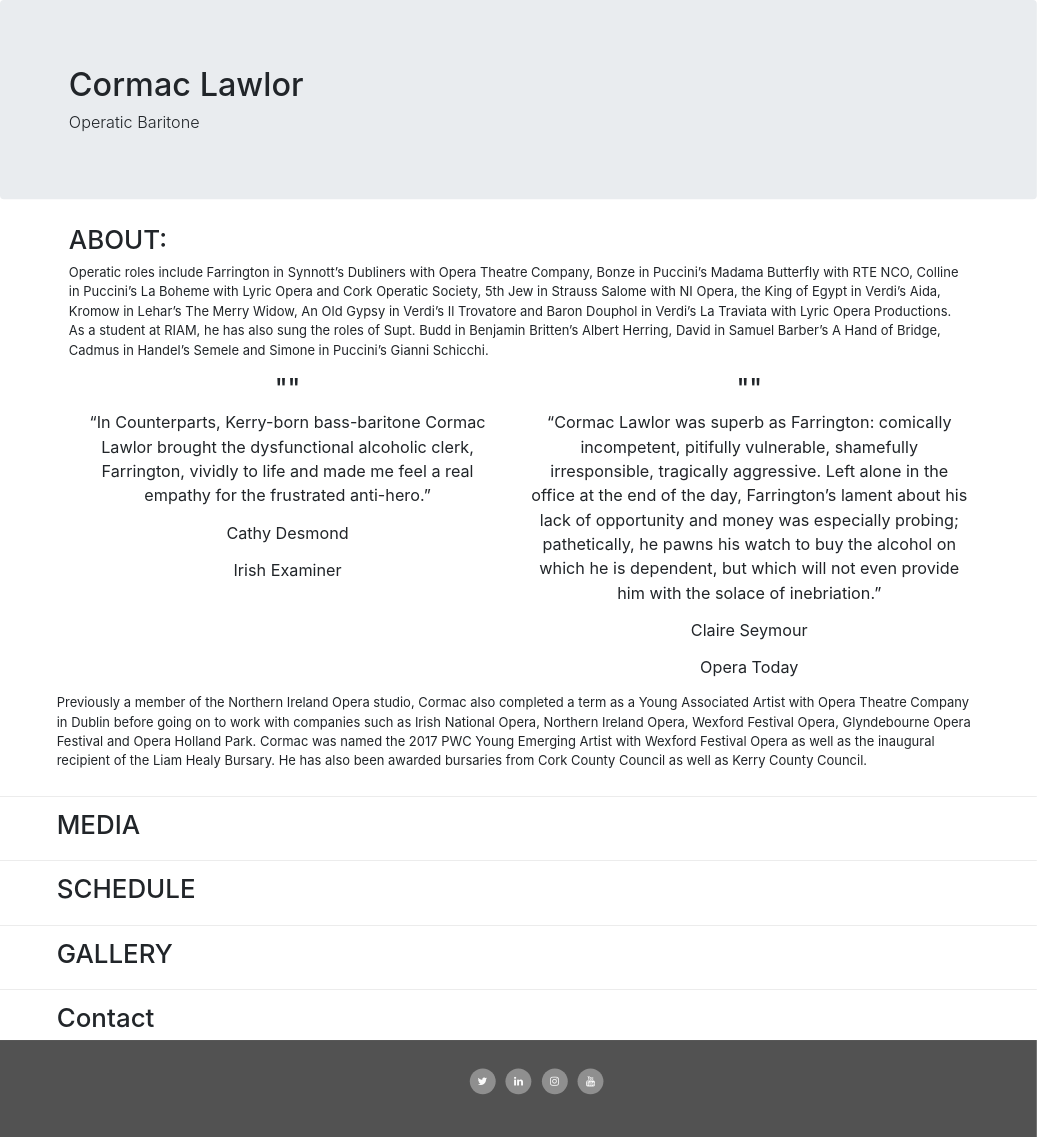
Repository: armedcor/frontend-project
Page: index.html
The author's editor kept a record of every edit. The page is drawn from the files as they stood at one moment, then again after the next edit.
The browser window is 1280 px wide. The page is 1295 px wide, so the pictures cover 1295 px, including what lies to the right of the window. The pictures show the whole page, at 81% of full size.

Above is the page before.

### index.html
<!doctype html>
<html lang="en">

<head>
    <!-- Required meta tags -->
    <meta charset="utf-8">
    <meta name="viewport" content="width=device-width, initial-scale=1.0">

    <!-- Bootstrap CSS -->
    <link rel="stylesheet" href="https://stackpath.bootstrapcdn.com/bootstrap/4.3.1/css/bootstrap.min.css" integrity="sha384-ggOyR0iXCbMQv3Xipma34MD+dH/1fQ784/j6cY/iJTQUOhcWr7x9JvoRxT2MZw1T" crossorigin="anonymous">
    <!-- FontAwesome Link -->
    <link rel="stylesheet" href="https://stackpath.bootstrapcdn.com/font-awesome/4.7.0/css/font-awesome.min.css" type="text/css" />
    <!-- Local Style Sheet -->
    <link rel="stylesheet" href="assets/css/style.css" type="text/css" />
    <title>Cormac Lawlor | Baritone</title>
</head>

<body>
    <!-- Main landing image -->


    <header class="jumbotron" id="landing-image">
        <nav class="navbar navbar-nav navbar-fixed-top">
            <div class="container">

            </div>
        </nav>
        <div class="container top">
            <h1 class="name">Cormac Lawlor</h1>
            <p class="title lead">Operatic Baritone</p>
        </div>
    </header>

    <!-- About me text including media quotes -->

    <div class="row">
        <section class="about-me container">
            <div class="row">
                <div class="col-12">
                    <h2 class="text-uppercase">About:</h2>
                </div>
            </div>
            <div class="row bio">
                <div class="col-12">
                    <p>Operatic roles include Farrington in Synnott’s Dubliners with Opera Theatre Company, Bonze in Puccini’s Madama Butterfly with RTE NCO, Colline in Puccini’s La Boheme with Lyric Opera and Cork Operatic Society, 5th Jew in Strauss Salome
                        with NI Opera, the King of Egypt in Verdi’s Aida, Kromow in Lehar’s The Merry Widow, An Old Gypsy in Verdi’s Il Trovatore and Baron Douphol in Verdi’s La Traviata with Lyric Opera Productions. As a student at RIAM, he has also
                        sung the roles of Supt. Budd in Benjamin Britten’s Albert Herring, David in Samuel Barber’s A Hand of Bridge, Cadmus in Handel’s Semele and Simone in Puccini’s Gianni Schicchi.</p>
                </div>
            </div>
        </section>
    </div>
    <section class="container" id="quotes">
        <div class="row">
            <div class="col-12 col-md-6">
                <blockquote class="blockquote">
                    <h2>""</h2>
                    <p class="quote-text">“In Counterparts, Kerry-born bass-baritone Cormac Lawlor brought the dysfunctional alcoholic clerk, Farrington, vividly to life and made me feel a real empathy for the frustrated anti-hero.”</p>
                    <p class="quote-author"> Cathy Desmond</p>
                    <p class="quote-location">Irish Examiner</p>
                </blockquote>
            </div>
            <div class="col-6 d-xs-none">
                <blockquote class="blockquote">
                    <h2>""</h2>
                    <p="quote-text">“Cormac Lawlor was superb as Farrington: comically incompetent, pitifully vulnerable, shamefully irresponsible, tragically aggressive. Left alone in the office at the end of the day, Farrington’s lament about his lack of opportunity
                        and money was especially probing; pathetically, he pawns his watch to buy the alcohol on which he is dependent, but which will not even provide him with the solace of inebriation.”</p>
                        <p class="quote-author">Claire Seymour</p>
                        <p class="quote-location">Opera Today</p>
                </blockquote>
            </div>
        </div>
    </section>

    <section class="about-me container">
        <div class="row bio">
            <div class="col-6 col-xs-12"></div>
            <p>Previously a member of the Northern Ireland Opera studio, Cormac also completed a term as a Young Associated Artist with Opera Theatre Company in Dublin before going on to work with companies such as Irish National Opera, Northern Ireland
                Opera, Wexford Festival Opera, Glyndebourne Opera Festival and Opera Holland Park. Cormac was named the 2017 PWC Young Emerging Artist with Wexford Festival Opera as well as the inaugural recipient of the Liam Healy Bursary. He has also
                been awarded bursaries from Cork County Council as well as Kerry County Council.</p>
        </div>
        </div>

    </section>

    <hr>

    <!-- Media section include soundcloud -->

    <section class="container" id="media">
        <div class="row">
            <h2 class="text-uppercase">Media</h2>
        </div>
    </section>

    <hr>

    <section class="container" id="schedule">
        <div class="row">
            <h2 class="text-uppercase">Schedule</h2>
        </div>
    </section>

    <hr>

    <section class="container" id="gallery">
        <div class="row">
            <h2 class="text-uppercase">Gallery</h2>
        </div>
    </section>

    <hr>

    <section class="container" id="contact">
        <div class="row">
            <h2 class="text-upppercase">Contact</h2>
        </div>
    </section>


</body>

<footer class="container-fluid">
    <div id="footer-details" class="row">
        <div class="col-12">
            <ul class="list-inline social-links">
                <li class="list-inline-item">
                    <a target="_blank" href="#">
                            <i class="fa fa-twitter" aria-hidden="true"></i>
                            <span class="sr-only">Twitter</span>
                        </a>
                </li>
                <li class="list-inline-item">
                    <a target="_blank" href="#">
                            <i class="fa fa-linkedin" aria-hidden="true"></i>
                            <span class="sr-only">LinkedIn</span>
                        </a>
                </li>
                <li class="list-inline-item">
                    <a target="_blank" href="#">
                            <i class="fa fa-instagram" aria-hidden="true"></i>
                            <span class="sr-only">Instagram</span>
                        </a>
                </li>
                <li class="list-inline-item">
                    <a target="_blank" href="#">
                            <i class="fa fa-youtube" aria-hidden="true"></i>
                            <span class="sr-only">Youtube</span>
                        </a>
                </li>
            </ul>
        </div>
    </div>

</footer>

</html>

### assets/css/style.css
@import url('https://fonts.googleapis.com/css?family=Exo+2:300i,400,400i,500
,500i);


/*----------------------NavBar */

.navbar {
    background: none;
    border-color: transparent;
}


/*----------------------General Fonts, paddings and special characters */

#quotes h2 p {
    text-align: center;
}

.general-sub {
    font-family: "Exo 2", sans-serif;
    font-weight: 300;
    color: #fafafa
}

.blockquote {
    text-align: center;
}

@media (max-width: 999px) {
    .mobile-hidden {
        display: none;
    }
}


/*----------------------Footer */

footer {
    background-color: #525252;
    color: #fafafa;
    min-height: 120px;
    margin: 0;
}



.social-links {
    padding-left: 45%;
    padding-top: 15px;
    padding-bottom: 15px;
}

.social-links li a i {
    width: 32px;
    height: 32px;
    padding: 12px 0;
    border-radius: 50%;
    font-size: 13px;
    line-height: 7px;
    text-align: center;
    color: #fafafa;
    background-color: #8f8f8f;
    transition: all 0.35s ease-in-out;
    -moz-transition: all 0.35s ease-in-out;
    -webkit-transition: all 0.35s ease-in-out;
    -o-transition: all 0.35s ease-in-out;
}

.social-links li a i:hover {
    background-color: #2662c1;
}

#footer-details {
    padding: 20px;
}

After the next edit:
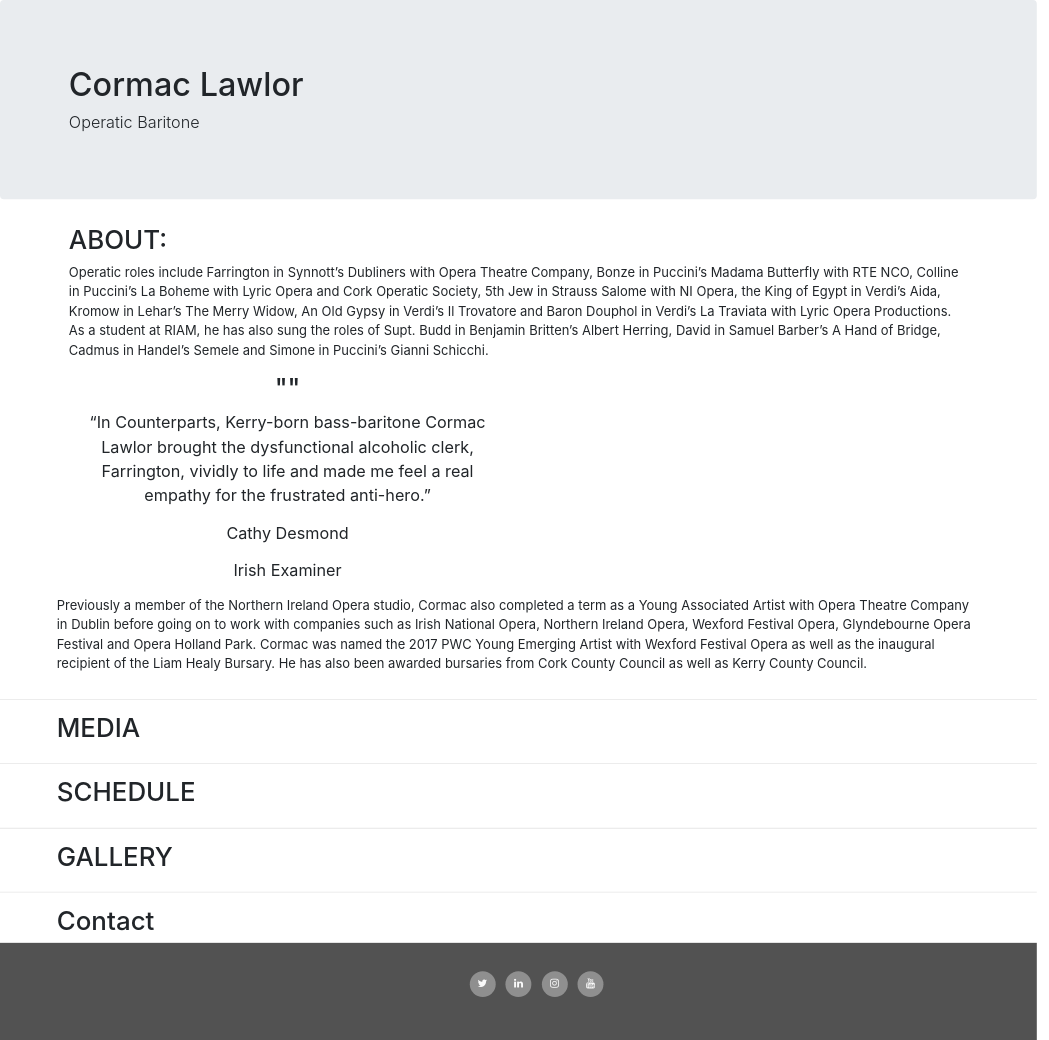
The edit:
--- a/index.html
+++ b/index.html
@@ -59,7 +59,7 @@
                     <p class="quote-location">Irish Examiner</p>
                 </blockquote>
             </div>
-            <div class="col-6 d-xs-none">
+            <div class="col-6 d-xs-none d-sm-none">
                 <blockquote class="blockquote">
                     <h2>""</h2>
                     <p="quote-text">“Cormac Lawlor was superb as Farrington: comically incompetent, pitifully vulnerable, shamefully irresponsible, tragically aggressive. Left alone in the office at the end of the day, Farrington’s lament about his lack of opportunity

After the 2 edits that followed:
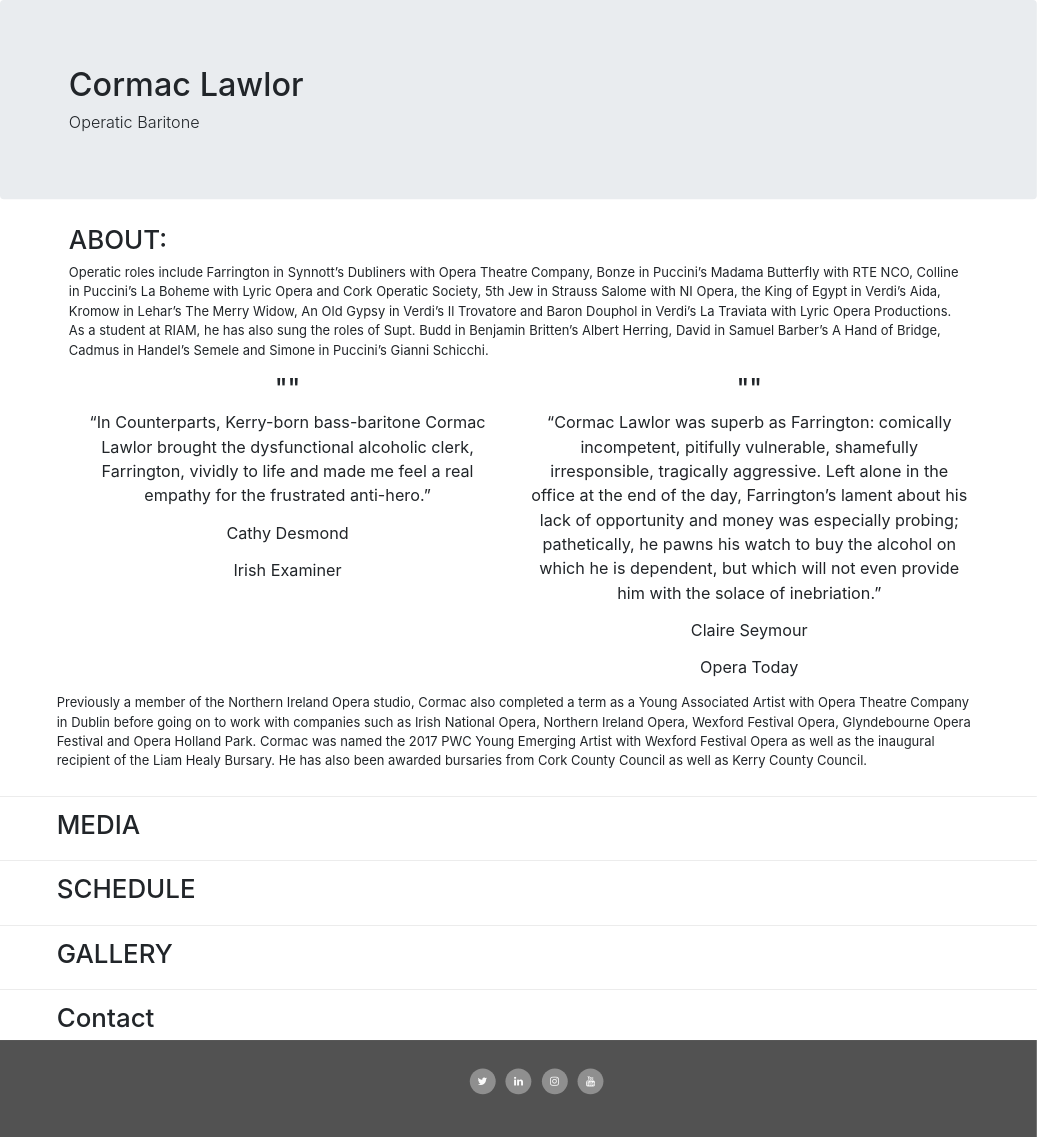
The 2 edits are shown as one change because 1 left the picture as it was.
The edit:
--- a/index.html
+++ b/index.html
@@ -59,7 +59,7 @@
                     <p class="quote-location">Irish Examiner</p>
                 </blockquote>
             </div>
-            <div class="col-6 d-xs-none d-sm-none">
+            <div class="col-6">
                 <blockquote class="blockquote">
                     <h2>""</h2>
                     <p="quote-text">“Cormac Lawlor was superb as Farrington: comically incompetent, pitifully vulnerable, shamefully irresponsible, tragically aggressive. Left alone in the office at the end of the day, Farrington’s lament about his lack of opportunity
@@ -73,7 +73,7 @@
 
     <section class="about-me container">
         <div class="row bio">
-            <div class="col-6 col-xs-12"></div>
+            <div class="col-6"></div>
             <p>Previously a member of the Northern Ireland Opera studio, Cormac also completed a term as a Young Associated Artist with Opera Theatre Company in Dublin before going on to work with companies such as Irish National Opera, Northern Ireland
                 Opera, Wexford Festival Opera, Glyndebourne Opera Festival and Opera Holland Park. Cormac was named the 2017 PWC Young Emerging Artist with Wexford Festival Opera as well as the inaugural recipient of the Liam Healy Bursary. He has also
                 been awarded bursaries from Cork County Council as well as Kerry County Council.</p>
